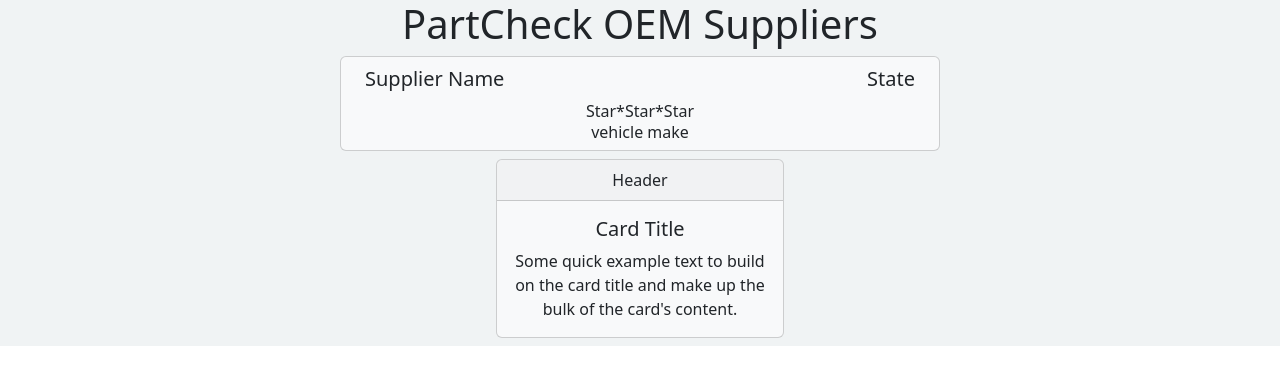
Repository: trungna4699/coding_challenge
Page: /
An editor plug-in stored every save of this project. The page is shown before and after the next save, followed by the edit.
The browser window is 1280 px wide. The pictures show the whole page.
The project was rebuilt for these pictures with package versions that can differ from the ones it lists, and the page was loaded fresh each time.

Above is the page before, as saved 2022-09-01 16:35:22.

### src/index.css
body {
  margin: 0;
  background-color: #F0F3F4;
  font-family: -apple-system, BlinkMacSystemFont, 'Segoe UI', 'Roboto', 'Oxygen',
    'Ubuntu', 'Cantarell', 'Fira Sans', 'Droid Sans', 'Helvetica Neue',
    sans-serif;
  -webkit-font-smoothing: antialiased;
  -moz-osx-font-smoothing: grayscale;
}

code {
  font-family: source-code-pro, Menlo, Monaco, Consolas, 'Courier New',
    monospace;
}

### src/App.js
import './App.css';
import 'bootstrap/dist/css/bootstrap.min.css';

import Card from 'react-bootstrap/Card';
import Col from 'react-bootstrap/Col';
import Row from 'react-bootstrap/Row';

function App() {
  return (
    <div className="App">
      <h1>PartCheck OEM Suppliers</h1>

      <div className='listContainer'>
        <Card
          bg={"light"}
          // key={variant}
          text={"dark"}
          style={{ width: '600px' }}
          className="mb-2"
        >
          <div className="supplierItems">
            <div className='supplierInfo'>
              <h5 className='ms-4'>Supplier Name</h5>
              <h5 className='me-4'>State</h5>
            </div>

            <div className="ratingStar">
              Star*Star*Star
            </div>
            <div className="vehicleList">
              <h6>vehicle make</h6>
            </div>
          </div>
        </Card>

        <Card
          bg={"light"}
          // key={variant}
          text={"dark"}
          style={{ width: '18rem' }}
          className="mb-2"
        >
          <Card.Header>Header</Card.Header>
          <Card.Body>
            <Card.Title>Card Title </Card.Title>
            <Card.Text>
              Some quick example text to build on the card title and make up the
              bulk of the card's content.
            </Card.Text>
          </Card.Body>
        </Card>

      </div>


    </div>
  );
}

export default App;

### src/App.css
.App {
  background-color: #F0F3F4;
  text-align: center;
}

.listContainer {
  display: flex;
  flex-direction: column;
  align-items: center;
}

.supplierInfo {
  display: flex;
  justify-content: space-between;
  margin-top: 10px;
}







/* Default Settings */
.App-logo {
  height: 40vmin;
  pointer-events: none;
}

@media (prefers-reduced-motion: no-preference) {
  .App-logo {
    animation: App-logo-spin infinite 20s linear;
  }
}

.App-header {
  background-color: #282c34;
  min-height: 100vh;
  display: flex;
  flex-direction: column;
  align-items: center;
  justify-content: center;
  font-size: calc(10px + 2vmin);
  color: white;
}

.App-link {
  color: #61dafb;
}

@keyframes App-logo-spin {
  from {
    transform: rotate(0deg);
  }
  to {
    transform: rotate(360deg);
  }
}

Loaded but not shown: public/index.html (common file); src/index.js (common file); src/reportWebVitals.js (common file)

After the next save:
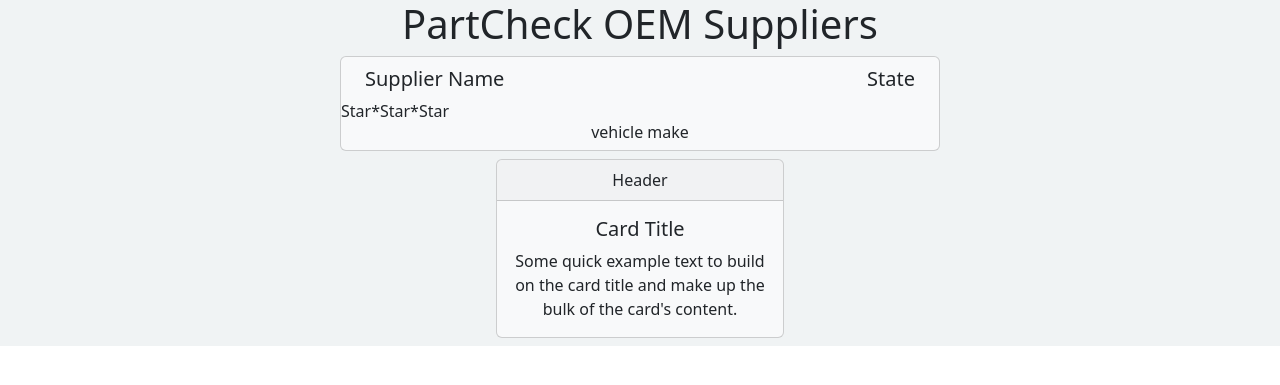
Saved 82 s later.
--- a/src/App.css
+++ b/src/App.css
@@ -15,7 +15,9 @@
   margin-top: 10px;
 }
 
-
+.ratingStar {
+  display: flex;
+}
 
 
 
